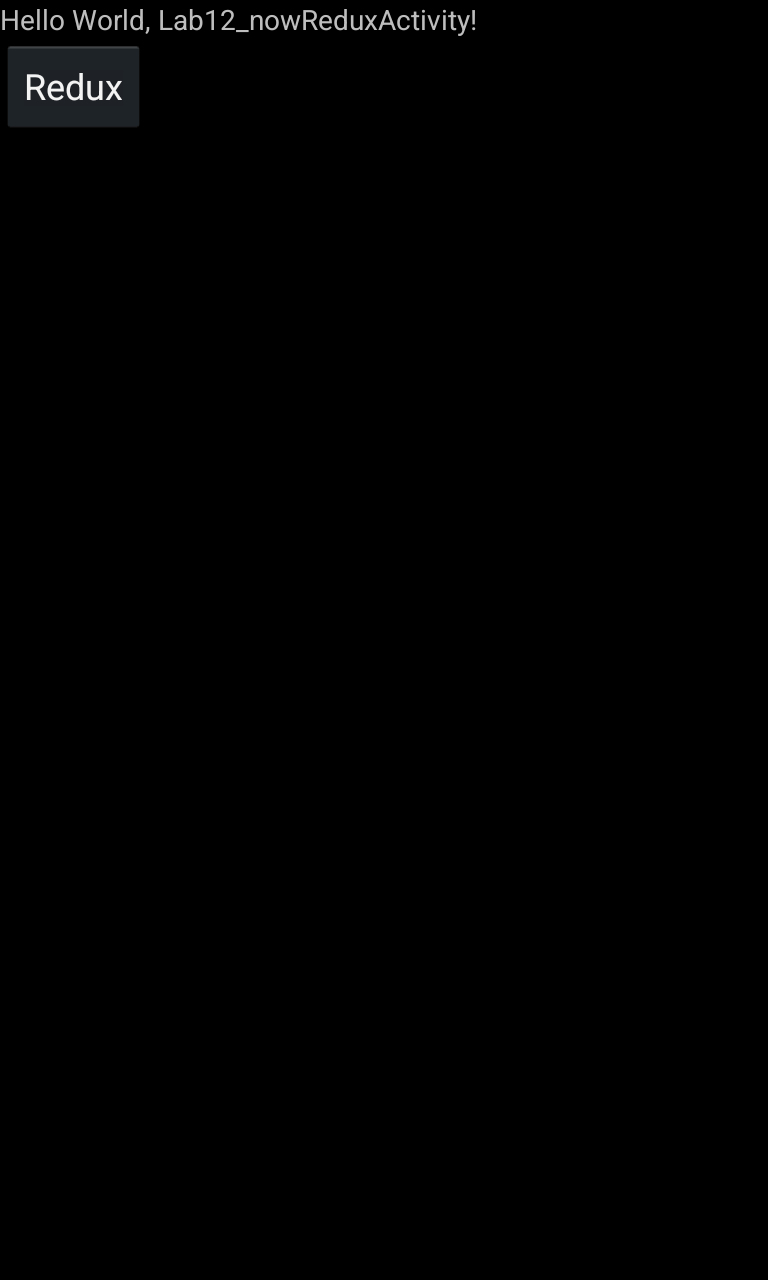
Repository: dorisserruto/un_exercises
Layout: javaandroid/Recursos/workspace-profe/lab12_nowRedux/res/layout/main.xml
These files come from the project's save history. The layout is drawn as it stood at one moment and after the next save; the edit follows.
It is drawn on a 768 x 1280 px phone screen (xhdpi) without system bars, with theme android:Theme.Holo; the app's code is not run.

Above is the layout before, as saved 2012-06-24 15:02:03.

### javaandroid/Recursos/workspace-profe/lab12_nowRedux/res/layout/main.xml
<?xml version="1.0" encoding="utf-8"?>
<LinearLayout xmlns:android="http://schemas.android.com/apk/res/android"
    android:layout_width="fill_parent"
    android:layout_height="fill_parent"
    android:orientation="vertical" >

    <TextView
        android:layout_width="fill_parent"
        android:layout_height="wrap_content"
        android:text="@string/hello" />

    <Button
        android:id="@+id/button1"
        android:layout_width="wrap_content"
        android:layout_height="wrap_content"
        android:text="Redux"
        android:onClick="someMethod"
        />

</LinearLayout>

### javaandroid/Recursos/workspace-profe/lab12_nowRedux/res/values/strings.xml
<?xml version="1.0" encoding="utf-8"?>
<resources>

    <string name="hello">Hello World, Lab12_nowReduxActivity!</string>
    <string name="app_name">Lab12_nowRedux</string>

</resources>

After the next save:
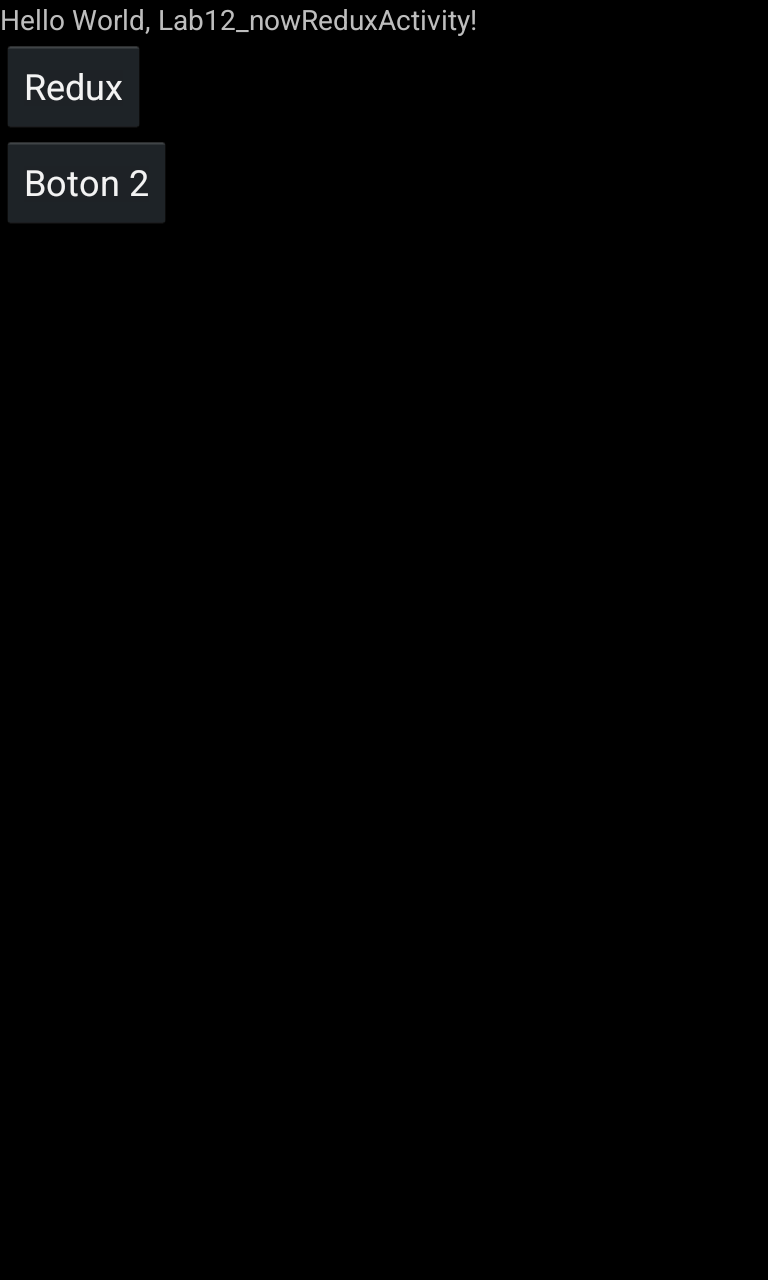
Saved 46 s later.
--- a/javaandroid/Recursos/workspace-profe/lab12_nowRedux/res/layout/main.xml
+++ b/javaandroid/Recursos/workspace-profe/lab12_nowRedux/res/layout/main.xml
@@ -17,4 +17,10 @@
         android:onClick="someMethod"
         />
 
+    <Button
+        android:id="@+id/button2"
+        android:layout_width="wrap_content"
+        android:layout_height="wrap_content"
+        android:text="Boton 2" />
+
 </LinearLayout>
